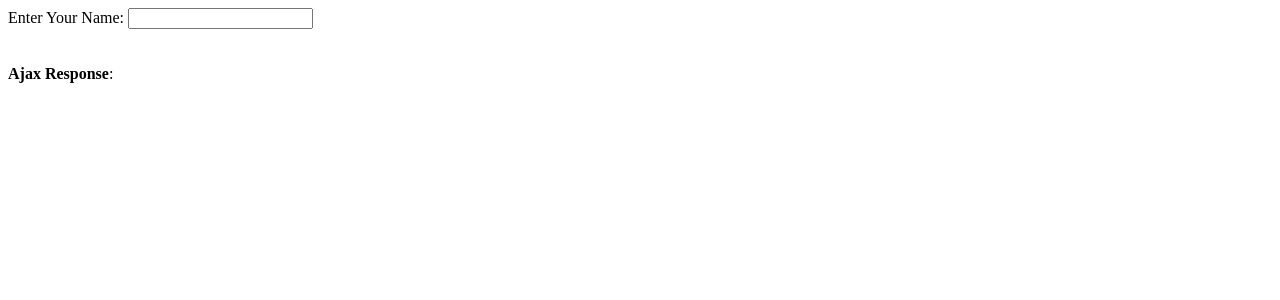
Repository: shruthik537/aemclass
Page: firstweb/src/main/webapp/jqueryservlet.html
An editor plug-in stored every save of this project. The page is shown before and after the next save, followed by the edit.
The browser window is 1280 px wide. The pictures show the whole page.

Above is the page before, as saved 2021-09-23 17:06:21.

After the next save:
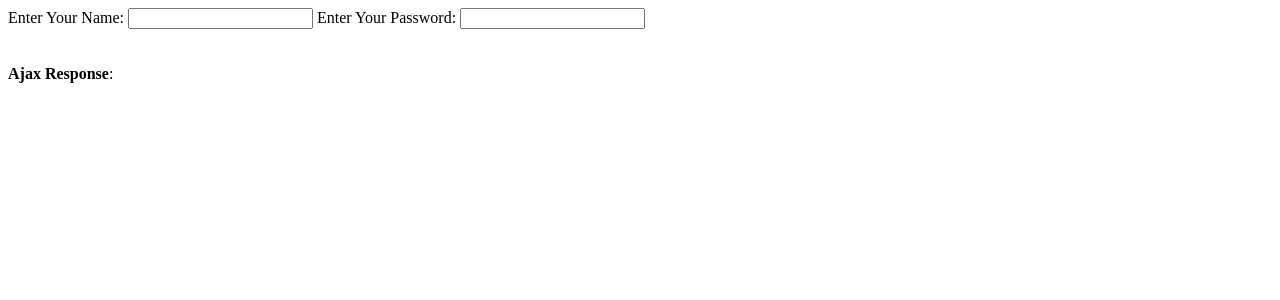
Console error: SyntaxError: Unexpected identifier 'userName'
Saved 14 h 5 min later.
--- a/firstweb/src/main/webapp/jqueryservlet.html
+++ b/firstweb/src/main/webapp/jqueryservlet.html
@@ -15,8 +15,10 @@ $(document).ready(function() {
 			url : 'GetUserServlet',
 			data : {
 				userName : $('#userName').val()
+				userName : $('#userName').val()
 			},
 			success : function(responseText) {
+				system.out.print
 				$('#ajaxGetUserServletResponse').text(responseText);
 			}
 		});
@@ -27,6 +29,7 @@ $(document).ready(function() {
 <body>
 <form>
 		Enter Your Name: <input type="text" id="userName" />
+		Enter Your Password: <input type="text" id="pwd" />
 	</form>
 	<br>
 	<br>
